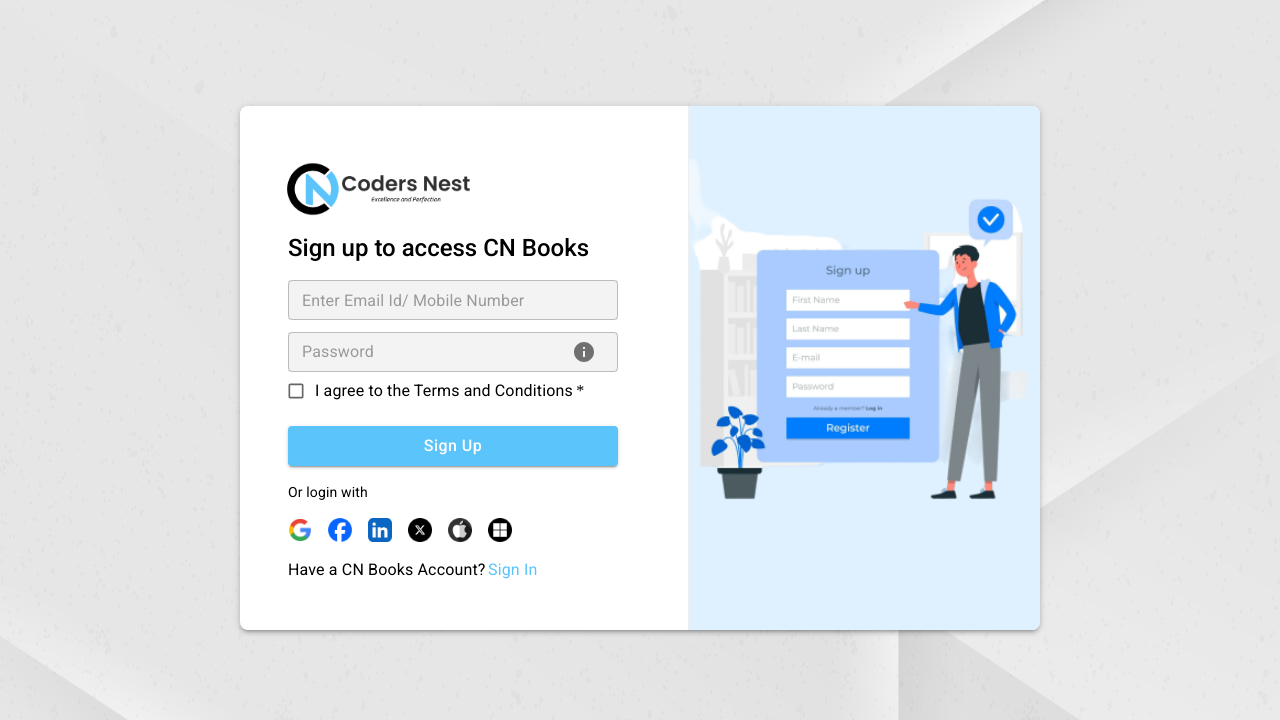
Repository: wajahadalishaik04/CN_Books
Page: /signup
An editor plug-in stored every save of this project. The page is shown before and after the next save, followed by the edit.
The browser window is 1280 px wide. The pictures show the whole page.
The project was rebuilt for these pictures with package versions that can differ from the ones it lists, and the page was loaded fresh each time. Also part of the build but not shown: vite.config.js, src/pages/LoginScreen.jsx, src/pages/Signin.jsx, src/pages/OtpScreen.jsx, src/pages/VerifyScreen.jsx, src/components/Header.jsx, src/components/SideBar.jsx, src/components/Content.jsx and 7 more.

Above is the page before, as saved 2024-09-30 18:47:10.

### index.html
<!DOCTYPE html>
<html lang="en">
  <head>
    <meta charset="UTF-8" />
    <link rel="preconnect" href="https://fonts.googleapis.com" />
    <link rel="preconnect" href="https://fonts.gstatic.com" crossorigin />
    <link
      rel="stylesheet"
      href="https://fonts.googleapis.com/css2?family=Roboto:wght@300;400;500;700&display=swap"
    />

    <meta name="viewport" content="width=device-width, initial-scale=1.0" />
    <title>CN_BOOKS</title>
  </head>
  <body>

    <div id="root"></div>
    <script type="module" src="/src/main.jsx"></script>
  </body>
</html>

### src/main.jsx
import { createRoot } from 'react-dom/client'
import App from './App.jsx'
import { Provider } from 'react-redux'
import store from './store/store.js'
import './styles/index.css'
createRoot(document.getElementById('root')).render(
 <Provider store={store}>
   <App />
 </Provider>
)

### src/App.jsx
import React from "react";
import LoginScreen from "./pages/LoginScreen";
import { BrowserRouter, Routes, Route, Navigate } from "react-router-dom";
import Signin from "./pages/Signin";
import { useSelector } from "react-redux";
import OtpScreen from "./pages/OtpScreen";
import SignUp from "./pages/SignUp";
import VerifyScreen from "./pages/VerifyScreen";
import DashboardScreen from "./pages/DashboardScreen";
import SideBar from "./components/SideBar";
import Header from "./components/Header";
import Customer from "./pages/Customer";
import WrapComponent from "./pages/WrapComponent";
import Category from "./pages/Category";
import NewCustomer from "./pages/customerscreens/NewCustomer";

const App = () => {
  const { user } = useSelector((e) => e.userReducer);
  return (
    <>
      <BrowserRouter>
        <Routes>
          <Route element={<WrapComponent />}>
            <Route path="/dashboardscreen" element={<DashboardScreen />} />
            <Route path="/customer" element={<Customer />} />
            <Route path="/category" element={<Category />} />
            <Route path="/newcustomer" element={<NewCustomer />} />

          </Route>
          <Route
            path="/"
            element={<Navigate to={user ? "/signin" : "/LoginScreen"} />}
          />
          <Route
            path="/signin"
            element={user ? <Navigate to={"/dashboardscreen"} /> : <Signin />}
          />
          <Route path="/loginscreen" element={<LoginScreen />} />
          <Route path="/otpscreen" element={<OtpScreen />} />
          <Route path="/signup" element={<SignUp />} />
          <Route path="/verifyscreen" element={<VerifyScreen />} />
        </Routes>
      </BrowserRouter>
    </>
  );
};

export default App;

### src/store/store.js
import { configureStore } from "@reduxjs/toolkit";
import { userReducer } from "./reducer";

const store = configureStore({
    reducer:{userReducer}
})
export default store;

### src/styles/index.css
*
{
    margin: 0;
    padding: 0;
    border: none;

}
.img
{
    background-color: red;
    background-clip: content-box;
    -webkit-background-clip: content-box;
    visibility: hidden;
}

### src/pages/SignUp.jsx
import React, { useState } from "react";
import {
  Box,
  Button,
  TextField,
  Typography,
  IconButton,
  InputAdornment,
  Tooltip,
  Checkbox,
  FormControlLabel,
} from "@mui/material";
import { CheckCircle, Info as InfoIcon } from "@mui/icons-material";
import { images } from "../utils/ImgUtils";
import { Link, useNavigate } from "react-router-dom";

const SignUp = () => {
  const navigate = useNavigate();

  const [emailMobile, setEmailMobile] = useState("");
  const [password, setPassword] = useState("");
  const [checkboxChecked, setCheckboxChecked] = useState(false);
  const [emailError, setEmailError] = useState(false);
  const [passwordError, setPasswordError] = useState(false);
  const [checkboxError, setCheckboxError] = useState(false); // Added for checkbox
  const [formSubmitted, setFormSubmitted] = useState(false); // To track form submission attempt

  // Password validation state
  const [passwordValidations, setPasswordValidations] = useState({
    length: false,
    uppercase: false,
    lowercase: false,
    specialChar: false,
    numeric: false,
  });

  // Regex for validation
  const passwordRequirements = {
    length: (password) => password.length >= 8 && password.length <= 16,
    uppercase: (password) => /[A-Z]/.test(password),
    lowercase: (password) => /[a-z]/.test(password),
    specialChar: (password) => /[!@#$%^&*(),.?":{}|<>]/.test(password),
    numeric: (password) => /\d/.test(password),
  };

  // Validation function for email/mobile input
  const handleEmailMobileChange = (e) => {
    const value = e.target.value;
    setEmailMobile(value);

    const emailRegex = /^[^\s@]+@[^\s@]+\.[^\s@]+$/;
    const mobileRegex = /^\d{10,}$/;
    setEmailError(!(emailRegex.test(value) || mobileRegex.test(value)));
  };

  // Password validation function
  const handlePasswordChange = (e) => {
    const value = e.target.value;
    setPassword(value);

    setPasswordValidations({
      length: passwordRequirements.length(value),
      uppercase: passwordRequirements.uppercase(value),
      lowercase: passwordRequirements.lowercase(value),
      specialChar: passwordRequirements.specialChar(value),
      numeric: passwordRequirements.numeric(value),
    });

    setPasswordError(
      !(
        passwordRequirements.length(value) &&
        passwordRequirements.uppercase(value) &&
        passwordRequirements.lowercase(value) &&
        passwordRequirements.specialChar(value) &&
        passwordRequirements.numeric(value)
      )
    );
  };

  // Checkbox handler
  const handleCheckboxChange = (e) => {
    setCheckboxChecked(e.target.checked);
    setCheckboxError(!e.target.checked); // Added to show error if unchecked
  };

  // Submit handler
  const handleSubmit = () => {
    setFormSubmitted(true); // Mark form as submitted

    // Validate email and password
    setEmailError(!emailMobile); // Show error if email/mobile is empty
    setPasswordError(!password); // Show error if password is empty
    setCheckboxError(!checkboxChecked); // Show error if checkbox is not checked

    if (!emailError && !passwordError && checkboxChecked && emailMobile && password) {
      navigate("/verifyscreen", { state: { emailMobile } });
    }
  };

  return (
    <>

    <Box
      display="flex"
      justifyContent="center"
      alignItems="center"
      width="100%"
      height="100vh"
      sx={{
        backgroundImage: "url(/images/BackgroundImg.jpeg)",
      }}
    >
      <Box
        display="flex"
        bgcolor="#fff"
        boxShadow={3}
        marginTop={2}
        borderRadius="8px"
        overflow="hidden"
        width={{ xs: "90%", sm: "800px" }}
        height="auto"
        sx={{ flexDirection: { xs: "column", sm: "row" } }}
      >
        {/* Left Side - Sign Up Form */}
        <Box flex={1} p={6} mt={1}>
          <Box
            display="flex"
            justifyContent="space-between"
            alignItems="center"
            sx={{ position: "relative", right: "7px" }}
          >
            <img
              src={images.codersnestLogo}
              alt="Logo"
              style={{ width: 200 }}
            />
          </Box>
          <Box width={"330px"} flex={1} component={"form"}>
            <Typography variant="h5" fontWeight={500} mt={2} mb={2}>
              Sign up to access CN Books
            </Typography>

            {/* Email/Mobile Input */}
            <TextField
              size="small"
              type="text"
              required
              placeholder="Enter Email Id/ Mobile Number"
              fullWidth
              value={emailMobile}
              onChange={handleEmailMobileChange}
              error={emailError && formSubmitted}
              helperText={
                emailError && formSubmitted
                  ? "Please enter a valid email or mobile number"
                  : ""
              }
              sx={{
                marginBottom: 1.4,
                backgroundColor: "#F3F3F3",
                "&:hover": { backgroundColor: "#FFF" },
                "& .MuiOutlinedInput-root": {
                  "&.Mui-focused": {
                    backgroundColor: "#EBF9FF",
                    borderColor: "#5BC4FA",
                  },
                },
              }}
            />

            {/* Password Input with Hover Info */}
            <TextField
              size="small"
              type="password"
              placeholder="Password"
              fullWidth
              required
              value={password}
              onChange={handlePasswordChange}
              error={passwordError && formSubmitted}
              helperText={
                passwordError && formSubmitted
                  ? "Please enter a valid password"
                  : ""
              }
              InputProps={{
                endAdornment: (
                  <InputAdornment position="end">
                    <Tooltip
                      title={
                        <ul style={{ listStyleType: "none", padding: 0 }}>
                          <li style={{ color: passwordValidations.length ? "blue" : "red" }}>
                            <CheckCircle /> 8-16 characters
                          </li>
                          <li style={{ color: passwordValidations.uppercase ? "blue" : "red" }}>
                            <CheckCircle /> One uppercase letter
                          </li>
                          <li style={{ color: passwordValidations.lowercase ? "blue" : "red" }}>
                            <CheckCircle /> One lowercase letter
                          </li>
                          <li style={{ color: passwordValidations.specialChar ? "blue" : "red" }}>
                            <CheckCircle /> One special character
                          </li>
                          <li style={{ color: passwordValidations.numeric ? "blue" : "red" }}>
                            <CheckCircle /> One numeric value
                          </li>
                        </ul>
                      }
                      arrow
                    >
                      <IconButton>
                        <InfoIcon />
                      </IconButton>
                    </Tooltip>
                  </InputAdornment>
                ),
              }}
              sx={{
                backgroundColor: "#F3F3F3",
                "&:hover": { backgroundColor: "#FFF" },
                "& .MuiOutlinedInput-root": {
                  "&.Mui-focused": {
                    backgroundColor: "#EBF9FF",
                    borderColor: "#5BC4FA",
                  },
                },
              }}
            />

            {/* Checkbox */}
            <FormControlLabel
              required
              control={
                <Checkbox
                  size={"small"}
                  checked={checkboxChecked}
                  onChange={handleCheckboxChange}
                />
              }
              label="I agree to the Terms and Conditions"
            />
            {checkboxError && formSubmitted && (
              <Typography color="error" variant="body2">
                Please agree to the terms and conditions.
              </Typography>
            )}

            <Button
              onClick={handleSubmit}
              variant="contained"
              fullWidth
              sx={{
                backgroundColor: "#5BC4FA",
                mt: 2,
                textTransform: "none",
                fontSize: "1rem",
              }}
            >
              Sign Up
            </Button>
            <Typography variant="body2" color="#000000" mt={2}>
              Or login with
            </Typography>
            {/* Social Icons */}
          <Box display="flex" justifyContent="flex-start" gap={2} mt={2}>
            <img src={images.googleicon} width={24} alt="googleicon" />
            <img src={images.facebookicon} width={24} alt="facebookicon" />
            <img src={images.linkedinicon} width={24} alt="linkedinicon" />
            <img src={images.xicon} width={24} alt="xicon" />
            <img src={images.appleicon} width={24} alt="appleicon" />
            <img src={images.windowsicon} width={24} alt="windowsicon" />
          </Box>

            <Typography variant="body1" sx={{ fontWeight: 400 }} mt={2}>
              Have a CN Books Account?
              <Link
                to={"/signin"}
                style={{ color: "#5BC4FA", textDecoration: "none", marginLeft: 2.5 }}
              >
                Sign In
              </Link>
            </Typography>
          </Box>
        </Box>
        {/* Right Side - Illustration Image */}
        <Box sx={{ borderRight: "1.5px solid #EFEFEF" }}></Box>
        <Box
          flex={1}
          sx={{
            display: { xs: "none", sm: "block" },
            background: "#DFF1FF",
          }}
        >
          <img
            src={images.signupImg}
            alt="signupImg"
            style={{
              width: "100%",
              height: "90%",
              objectFit: "cover",
            }}
          />
        </Box>
      </Box>
    </Box>
    </>
  );
};

export default SignUp;

### src/store/reducer.js
import { createReducer } from "@reduxjs/toolkit";

export const userReducer = createReducer({user:null},(builder)=>
{
    builder.addCase("loginUser",(state,action)=>
    {
        state.user = action.payload
    })
})

### src/utils/ImgUtils.js
export const images ={
    backgroundImg:"./images/BackgroundImg.jpeg",
    codersnest:"./images/codersnest.png",
    codersnestLogo:"./images/codersnest1.png",
    loginImg:"./images/login_illustration.png",
    otpImg:"./images/otpImg.png",
    signupImg:"./images/signup.png",
    googleicon:"./images/google-color-icon.png",
    facebookicon:"./images/facebook-round-color-icon.png",
    linkedinicon:"./images/linkedin-app-icon.png",
    xicon:"./images/x-social-media-round-icon.png",
    officemanImg:"./images/officeman.png",
    appleicon:"./images/apple.png",
    windowsicon:"./images/windows.png",
    Arrowdownicon:"./images/Arrowdown.png",
    Customericon:"./images/Customer.png",
    Addressicon:"./images/Address.png",
    Passwordicon:"./images/Password.png",
    Accounticon:"./images/Account.png",
    Logouticon:"./images/Logout.png",
    dashboardwhiteicon:"./images/DashboardWhiteIcon.png",
    dashboardicon:"./images/DashboardIcon.png",
    groupcustomericon:"./images/GroupCustomerIcon.png",
    groupcustomerwhiteicon:"./images/GroupCustomerWhiteIcon.png",
    categoryicon:"./images/categoryicon.png",
    categorywhiteicon:"./images/CategoryWhiteIcon.png",
    editicon:"./images/EditIcon.png",
    binicon:"./images/EditIcon.png",
    editicon:"./images/BinIcon.png",
    hiddenicon:"./images/HiddenIcon.png",
    verticaldoticon:"./images/VerticalDots.png",
    dollararrowicon:"./images/dollarArrow.png",
    doticon:"./images/dotIcon.png"
}

After the next save:
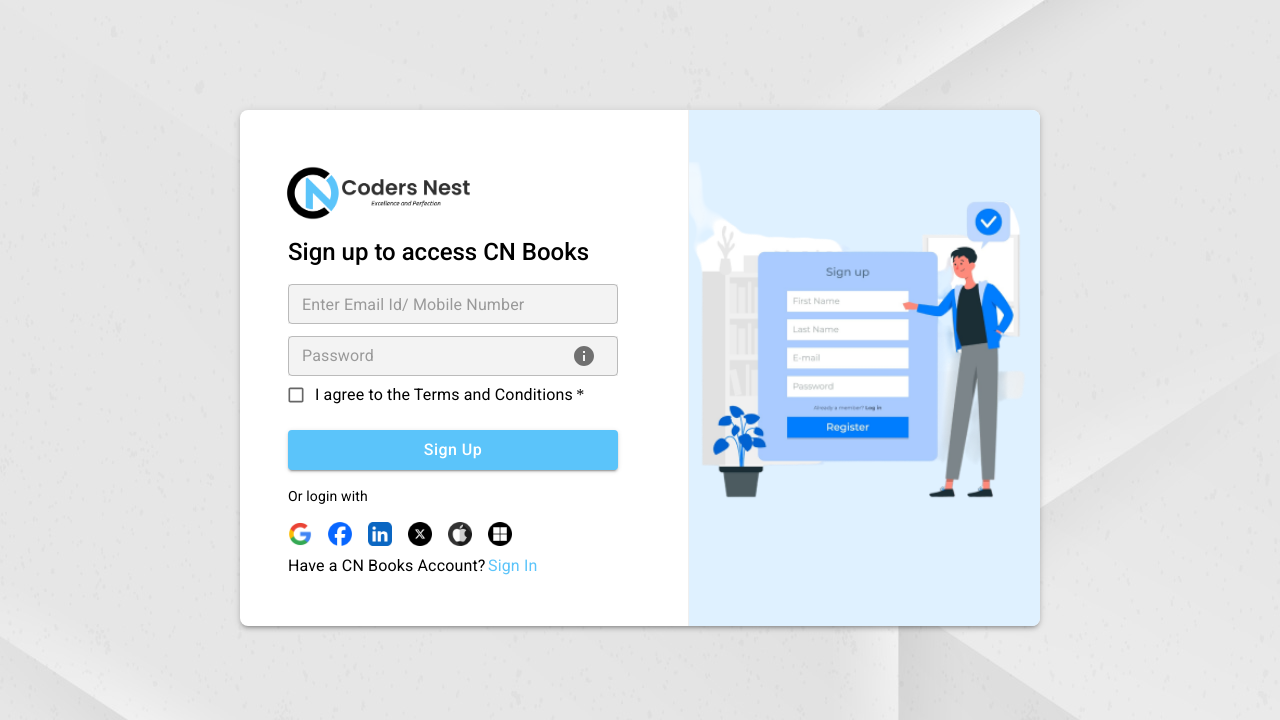
Saved 18 s later.
--- a/src/pages/SignUp.jsx
+++ b/src/pages/SignUp.jsx
@@ -271,7 +271,7 @@
             <img src={images.windowsicon} width={24} alt="windowsicon" />
           </Box>
 
-            <Typography variant="body1" sx={{ fontWeight: 400 }} mt={2}>
+            <Typography variant="body1" sx={{ fontWeight: 400 }} mt={1}>
               Have a CN Books Account?
               <Link
                 to={"/signin"}
